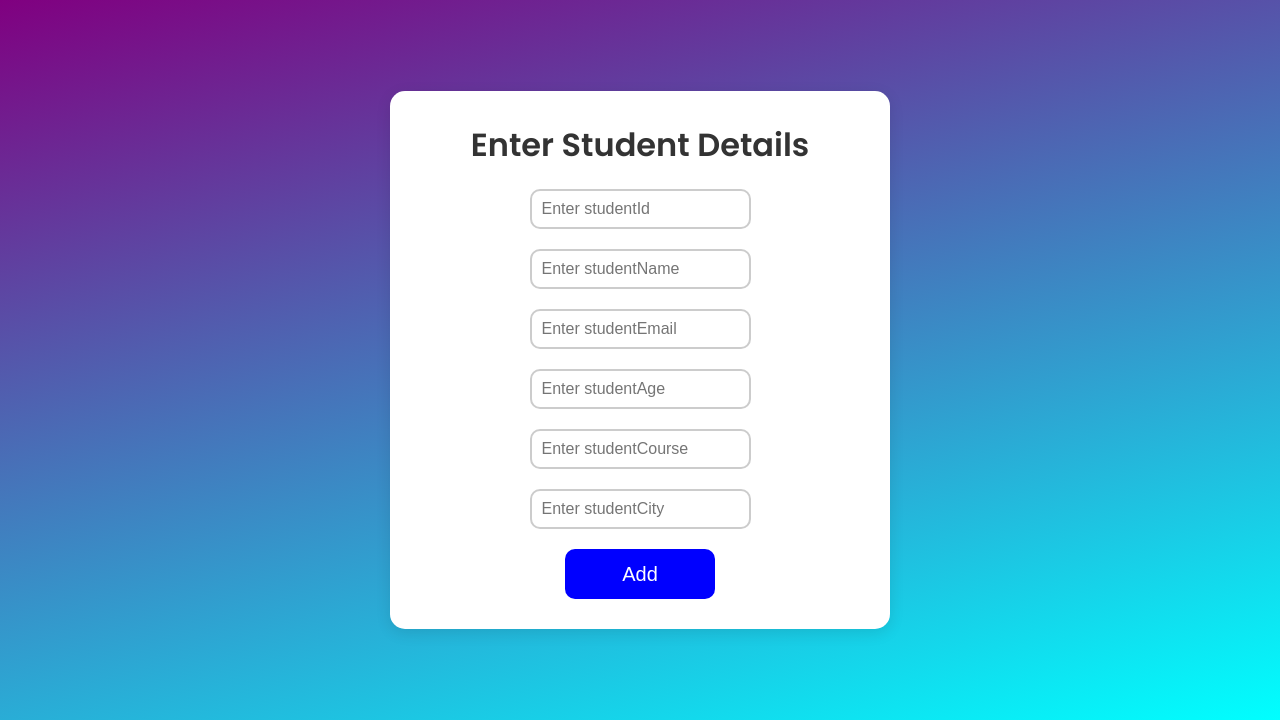
Repository: Dhirajkumar02/Advance-Java--J2EE-
Page: http://localhost/ServletProject_Student-Management-System/AddStudent.jsp
These files come from the project's save history. The page is drawn as it stood at one moment and after the next save; the edit follows.
The browser window is 1280 px wide. The pictures show the whole page.
The page is served by Tomcat 9.

Above is the page before, as saved 2024-11-19 17:35:13.

After the next save:
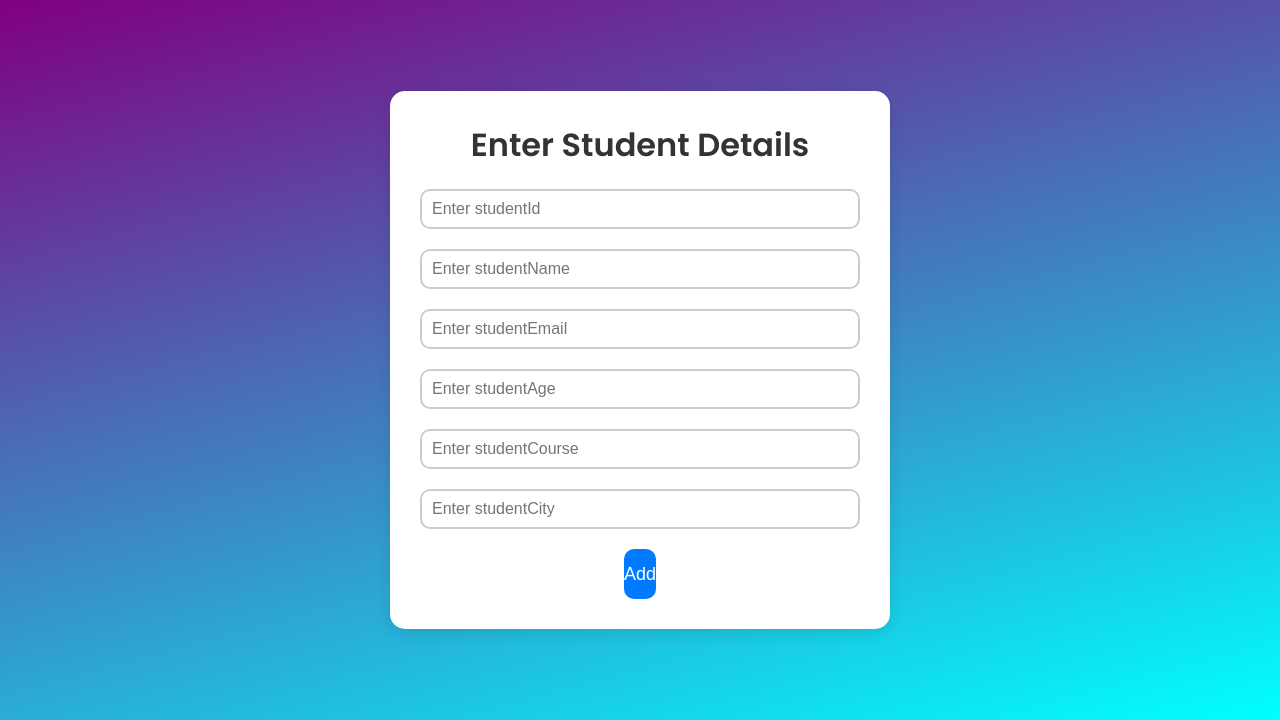
Saved 3 min 31 s later.
--- a/ServletProject_Student-Management-System/src/main/webapp/AddStudent.jsp
+++ b/ServletProject_Student-Management-System/src/main/webapp/AddStudent.jsp
@@ -67,52 +67,50 @@ input:focus {
 
 #add_btn {
 	height: 50px;
-	width: 150px;
-	background-color: blue;
-	color: #fff;
-	border: none;
-	font-size: 20px;
-	border-radius: 10px;
-	cursor: pointer;
+    background-color: #007BFF;
+    color: #fff;
+    border: none;
+    font-size: 18px;
+    border-radius: 10px;
+    cursor: pointer;
+    transition: background-color 0.3s, transform 0.2s;
+}
+
+#add_btn:hover {
+    background-color: #0056b3;
+    transform: scale(1.05);
+}
+
+/* Media Query */
+@media (max-width: 600px) {
+    form {
+        padding: 20px;
+        width: 90%;
+    }
+
+    h1 {
+        font-size: 1.5rem;
+    }
+
+    input, #add_btn {
+        font-size: 14px;
+    }
 }
 </style>
 </head>
 <body>
 	<form action="add-student" method="post">
-		<div>
-			<h1>Enter Student Details</h1>
-		</div>
-		<div>
-			<input type="number" placeholder="Enter studentId" name="studentId">
-		</div>
+        <h1>Enter Student Details</h1>
 
-		<div>
-			<input type="text" placeholder="Enter studentName" name="studentName">
-		</div>
+        <input type="number" placeholder="Enter studentId" name="studentId" required>
+        <input type="text" placeholder="Enter studentName" name="studentName" required>
+        <input type="email" placeholder="Enter studentEmail" name="studentEmail" required>
+        <input type="number" placeholder="Enter studentAge" name="studentAge" required>
+        <input type="text" placeholder="Enter studentCourse" name="studentCourse" required>
+        <input type="text" placeholder="Enter studentCity" name="studentCity" required>
 
-		<div>
-			<input type="text" placeholder="Enter studentEmail"
-				name="studentEmail">
-		</div>
-
-		<div>
-			<input type="number" placeholder="Enter studentAge" name="studentAge">
-		</div>
-
-		<div>
-			<input type="text" placeholder="Enter studentCourse"
-				name="studentCourse">
-		</div>
-
-		<div>
-			<input type="text" placeholder="Enter studentCity" name="studentCity">
-		</div>
-
-		<div>
-			<button type="submit" id="add_btn" value="Add">Add</button>
-		</div>
-
-	</form>
+        <button type="submit" id="add_btn">Add</button>
+    </form>
 </body>
 </body>
 </html>
